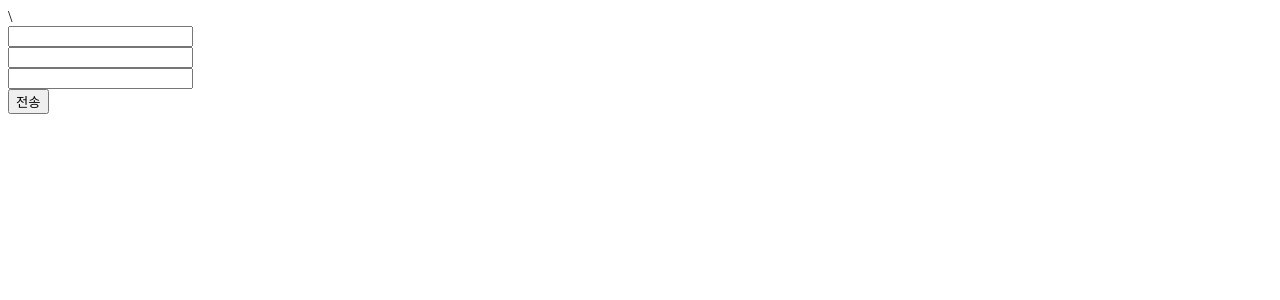
Repository: GotChun/DH_JSP
Page: http://localhost/01_JSP/c03/01Page/02Error.jsp
An editor plug-in stored every save of this project. The page is shown before and after a run of saves, followed by the edit.
The browser window is 1280 px wide. The pictures show the whole page.
The page is served by Tomcat 9. Other server files are loaded and not shown.

Above is the page before, as saved 2024-10-21 05:31:01.

### 01_JSP/src/main/webapp/c03/01Page/02Error.jsp
<%@ page language="java" contentType="text/html; charset=UTF-8"
    pageEncoding="UTF-8"%>
<!DOCTYPE html>
<html>
<head>
<meta charset="UTF-8">
<title>Insert title here</title>
</head>
<body>

		\

		<form action="02Main.jsp">
			<input type="text" name="name"><br>
			<input type="text" name="age"><br>
			<input type="text" name="addr"><br>
			<button>전송</button>
		</form>
</body>
</html>

After the next 3 saves:
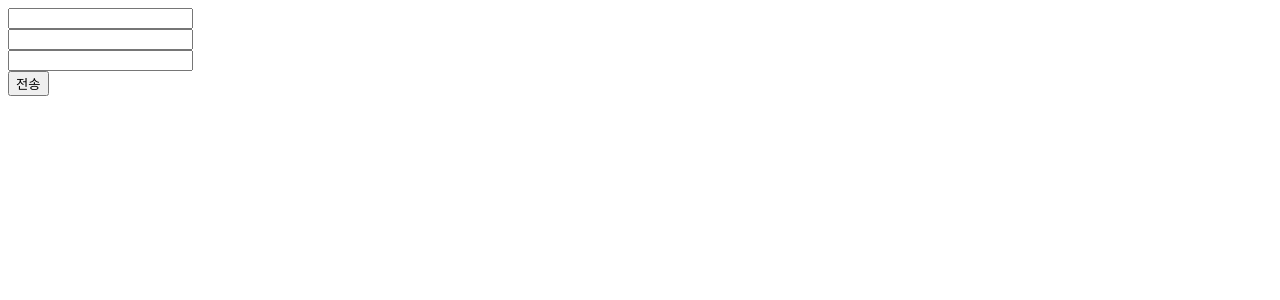
The 3 saves are shown as one change because 2 did not build or start.
The last was saved 94 s later.
--- a/01_JSP/src/main/webapp/c03/01Page/02Error.jsp
+++ b/01_JSP/src/main/webapp/c03/01Page/02Error.jsp
@@ -8,7 +8,7 @@
 </head>
 <body>
 
-		\
+
 
 		<form action="02Main.jsp">
 			<input type="text" name="name"><br>
